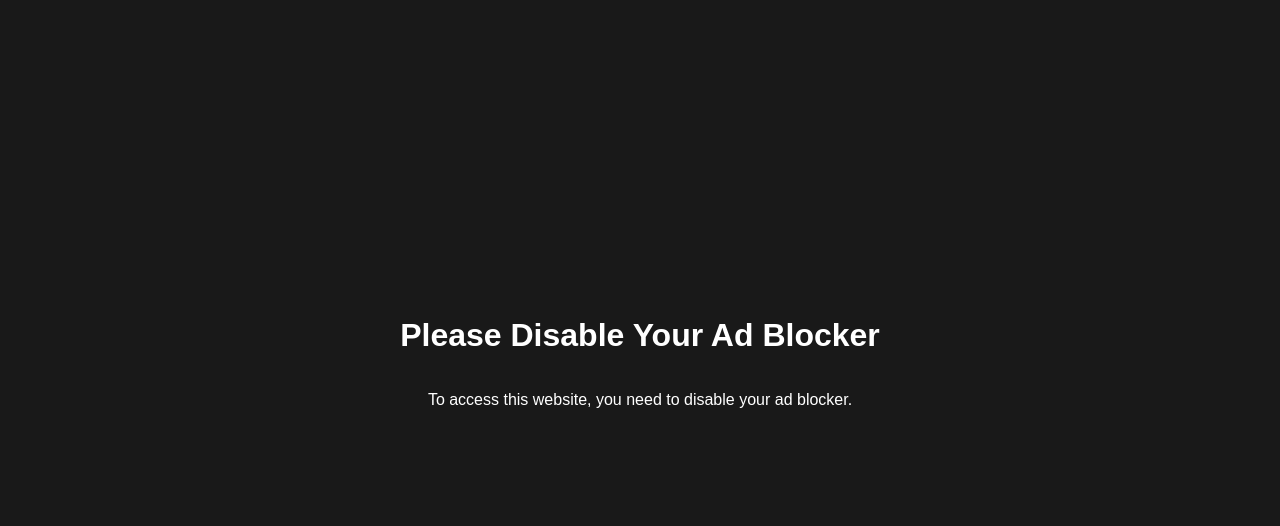
Repository: saroeuntola/we-share
Page: http://localhost/ad-blocker.php
These files come from the project's save history. The page is drawn as it stood at one moment and after the next save; the edit follows.
The browser window is 1280 px wide. The pictures show the whole page.
The page is run by PHP 8.4 with error messages shown; the project is at /var/www/html/.

Above is the page before, as saved 2025-08-29 13:07:33.

After the next save:
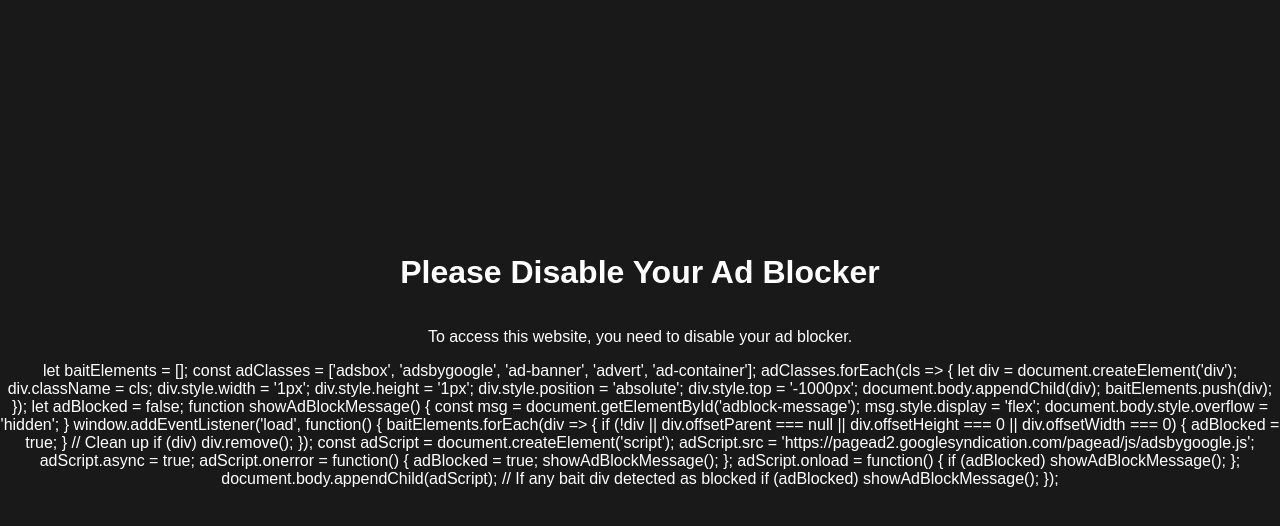
Saved 12 s later.
--- a/ad-blocker.php
+++ b/ad-blocker.php
@@ -18,62 +18,63 @@
     }
 </style>
 
-<div id="adblock-message" class="flex flex-col items-center justify-center">
-    <h1 class="text-3xl font-bold">Please Disable Your Ad Blocker</h1>
+
+<div id="adblock-message">
+    <h1 class="text-3xl font-bold mb-4">Please Disable Your Ad Blocker</h1>
     <p class="text-lg">To access this website, you need to disable your ad blocker.</p>
-</div>
+    </di
 
-<script>
+        <script>
     let baitElements = [];
 
     const adClasses = ['adsbox', 'adsbygoogle', 'ad-banner', 'advert', 'ad-container'];
 
     adClasses.forEach(cls => {
-        let div = document.createElement('div');
-        div.className = cls;
-        div.style.width = '1px';
-        div.style.height = '1px';
-        div.style.position = 'absolute';
-        div.style.top = '-1000px';
-        document.body.appendChild(div);
-        baitElements.push(div);
+    let div = document.createElement('div');
+    div.className = cls;
+    div.style.width = '1px';
+    div.style.height = '1px';
+    div.style.position = 'absolute';
+    div.style.top = '-1000px';
+    document.body.appendChild(div);
+    baitElements.push(div);
     });
 
 
     let adBlocked = false;
 
     function showAdBlockMessage() {
-        const msg = document.getElementById('adblock-message');
-        msg.style.display = 'flex';
-        document.body.style.overflow = 'hidden';
+    const msg = document.getElementById('adblock-message');
+    msg.style.display = 'flex';
+    document.body.style.overflow = 'hidden';
     }
 
     window.addEventListener('load', function() {
-        baitElements.forEach(div => {
-            if (!div || div.offsetParent === null || div.offsetHeight === 0 || div.offsetWidth === 0) {
-                adBlocked = true;
-            }
-            // Clean up
-            if (div) div.remove();
-        });
+    baitElements.forEach(div => {
+    if (!div || div.offsetParent === null || div.offsetHeight === 0 || div.offsetWidth === 0) {
+    adBlocked = true;
+    }
+    // Clean up
+    if (div) div.remove();
+    });
 
-        const adScript = document.createElement('script');
-        adScript.src = 'https://pagead2.googlesyndication.com/pagead/js/adsbygoogle.js';
-        adScript.async = true;
-        adScript.onerror = function() {
-            adBlocked = true;
-            showAdBlockMessage();
-        };
-        adScript.onload = function() {
-            if (adBlocked) showAdBlockMessage();
-        };
-        document.body.appendChild(adScript);
+    const adScript = document.createElement('script');
+    adScript.src = 'https://pagead2.googlesyndication.com/pagead/js/adsbygoogle.js';
+    adScript.async = true;
+    adScript.onerror = function() {
+    adBlocked = true;
+    showAdBlockMessage();
+    };
+    adScript.onload = function() {
+    if (adBlocked) showAdBlockMessage();
+    };
+    document.body.appendChild(adScript);
 
-        // If any bait div detected as blocked
-        if (adBlocked) showAdBlockMessage();
+    // If any bait div detected as blocked
+    if (adBlocked) showAdBlockMessage();
     });
-</script>
+    </script>
 
-</body>
+    </body>
 
-</html>
+    </html>

After the save that followed:
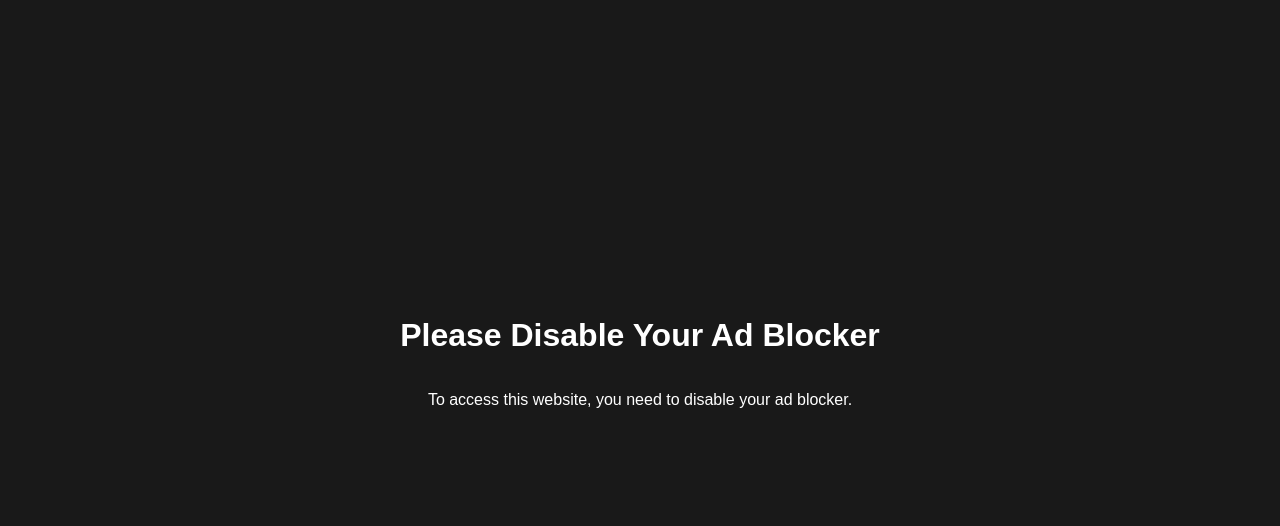
Saved 14 s later.
--- a/ad-blocker.php
+++ b/ad-blocker.php
@@ -22,7 +22,7 @@
 <div id="adblock-message">
     <h1 class="text-3xl font-bold mb-4">Please Disable Your Ad Blocker</h1>
     <p class="text-lg">To access this website, you need to disable your ad blocker.</p>
-    </di
+    </div>
 
         <script>
     let baitElements = [];
